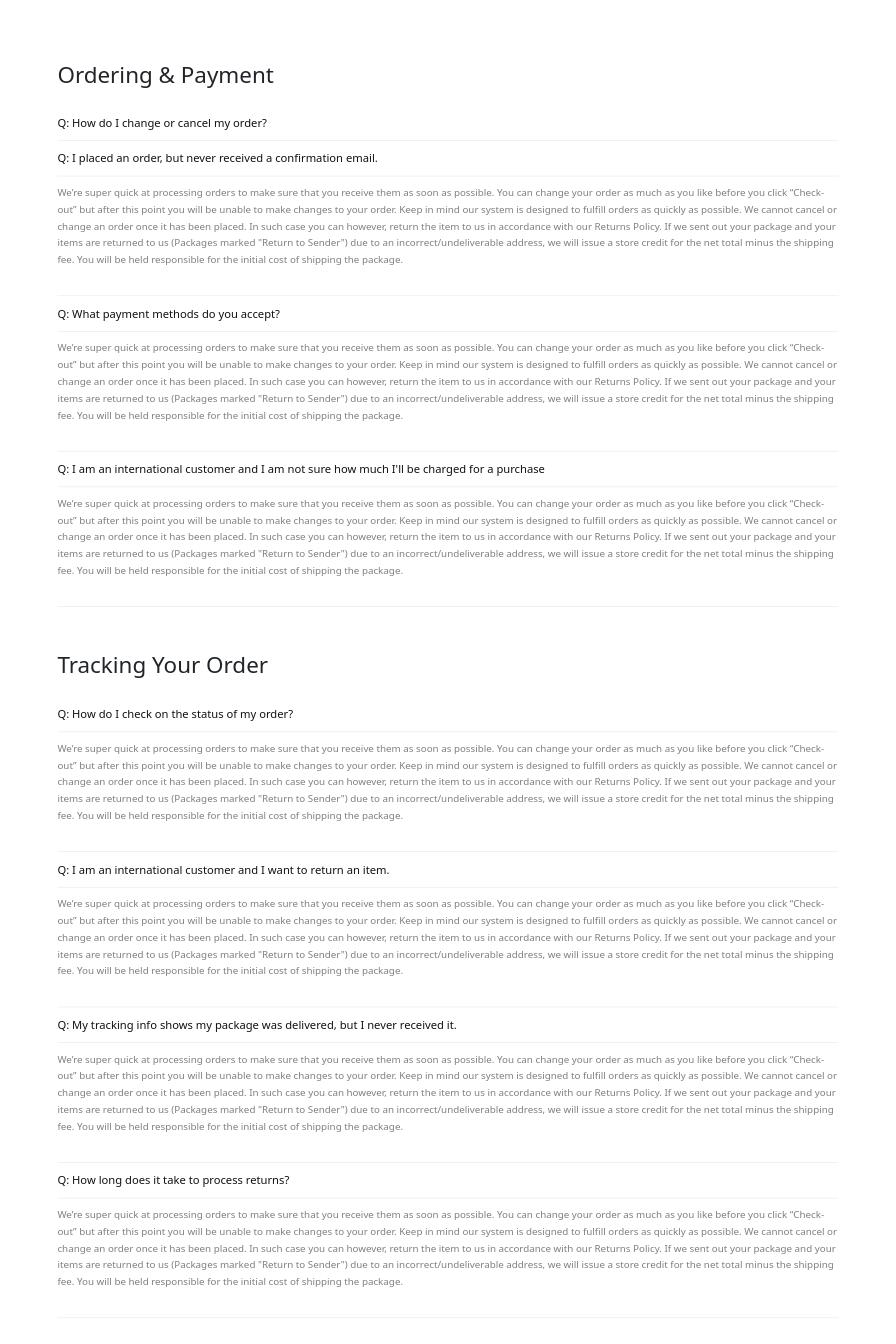
Repository: ST-United-Internship/Modaz-4life
Page: FaQ/FAQ.html
An editor plug-in stored every save of this project. The page is shown before and after a run of saves, followed by the edit.
The browser window is 1280 px wide. The pictures show the part of the page from y = 0 to 1920 px (the page is 2805 px tall before and 2463 px after), at 70% of full size.

Above is the page before, as saved 2023-03-22 16:03:22.

### FaQ/FAQ.html
<!DOCTYPE html>
<html lang="en">
<head>
    <meta charset="UTF-8">
    <meta http-equiv="X-UA-Compatible" content="IE=edge">
    <meta name="viewport" content="width=device-width, initial-scale=1.0">
    <link rel="stylesheet" type="text/css" href="FAQ.css" >
    <link href="https://cdn.jsdelivr.net/npm/bootstrap@5.3.0-alpha1/dist/css/bootstrap.min.css" rel="stylesheet" integrity="sha384-GLhlTQ8iRABdZLl6O3oVMWSktQOp6b7In1Zl3/Jr59b6EGGoI1aFkw7cmDA6j6gD" crossorigin="anonymous">
    <title>Document</title>
</head>
<body class="bodi header_sticky header-style-2 has-menu-extra">
   <!-- <div class="boxed">
    <div class="title-page textImg textImg1" style="background-position: 50% 89px;">
        <div class="container">
            <div class="row">
                <div class="col-md-12">
                    <div class="heading-page">
                    <h1 class="title">FAQ</h1>
                    </div>
                    <div class="breadcrumbs">
                    <ul>
                    <li><a href="index.html">Home</a></li>
                    <li><a href="coming-soon.html">Page</a></li>
                    <li><a href="faqs.html">Faq</a></li>
                    </ul>
                    </div>
                    </div>
            </div>
        </div>
    </div>
   </div>

</div> -->
    <div class="boxed">
        <section class="text-row">
            <div class="container">
                <div class="row">
                    <div class="col-md-12">
                        <div class="over-title">
                            <h2>Ordering & Payment</h2>
                        </div>
                        <div class="over-rise">
                            <div class="over-toggle">
                                <div class="toggle-title">Q: How do I change or cancel my order?</div>
                                <div class="toggle-text">
                                    <p>
                                    We’re super quick at processing orders to make sure that you receive them as soon as possible. You can change your order as much as you like before you click “Check- out” but after this point you will be unable to make changes to your order. Keep in mind our system is designed to fulfill orders as quickly as possible. We cannot cancel or change an order once it has been placed. In such case you can however, return the item to us in accordance with our Returns Policy. If we sent out your package and your items are returned to us (Packages marked "Return to Sender") due to an incorrect/undeliverable address, we will issue a store credit for the net total minus the shipping fee. You will be held responsible for the initial cost of shipping the package.
                                    </p>
                                    </div>
                            </div>
                            <div class="over-toggle">
                                <div class="toggle-title active">Q: I placed an order, but never received a confirmation email.</div>
                                <div class="toggle-text" style="display: block;">
                                    <p>
                                        We’re super quick at processing orders to make sure that you receive them as soon as possible. You can change your order as much as you like before you click “Check- out” but after this point you will be unable to make changes to your order. Keep in mind our system is designed to fulfill orders as quickly as possible. We cannot cancel or change an order once it has been placed. In such case you can however, return the item to us in accordance with our Returns Policy. If we sent out your package and your items are returned to us (Packages marked "Return to Sender") due to an incorrect/undeliverable address, we will issue a store credit for the net total minus the shipping fee. You will be held responsible for the initial cost of shipping the package.
                                    </p>
                                </div>
                            </div>
                            <div class="over-toggle">
                                <div class="toggle-title active">Q: What payment methods do you accept?</div>
                                <div class="toggle-text" style="display: block;">
                                    <p>
                                        We’re super quick at processing orders to make sure that you receive them as soon as possible. You can change your order as much as you like before you click “Check- out” but after this point you will be unable to make changes to your order. Keep in mind our system is designed to fulfill orders as quickly as possible. We cannot cancel or change an order once it has been placed. In such case you can however, return the item to us in accordance with our Returns Policy. If we sent out your package and your items are returned to us (Packages marked "Return to Sender") due to an incorrect/undeliverable address, we will issue a store credit for the net total minus the shipping fee. You will be held responsible for the initial cost of shipping the package.
                                    </p>
                                </div>
                            </div>
                            <div class="over-toggle">
                                <div class="toggle-title active">Q: I am an international customer and I am not sure how much I'll be charged for a purchase</div>
                                <div class="toggle-text" style="display: block;">
                                    <p>
                                        We’re super quick at processing orders to make sure that you receive them as soon as possible. You can change your order as much as you like before you click “Check- out” but after this point you will be unable to make changes to your order. Keep in mind our system is designed to fulfill orders as quickly as possible. We cannot cancel or change an order once it has been placed. In such case you can however, return the item to us in accordance with our Returns Policy. If we sent out your package and your items are returned to us (Packages marked "Return to Sender") due to an incorrect/undeliverable address, we will issue a store credit for the net total minus the shipping fee. You will be held responsible for the initial cost of shipping the package.
                                    </p>
                                </div>
                            </div>
                        </div>
                    </div>
                </div>
                <div class="loaded"></div>
                <div class="row">
                    <div class="col-md-12">
                        <div class="over-title">
                            <h2>Tracking Your Order</h2>
                        </div>
                        <div class="over-rise">
                            <div class="over-toggle">
                                <div class="toggle-title active">Q: How do I check on the status of my order?</div>
                                <div class="toggle-text" style="display: block;">
                                    <p>
                                        We’re super quick at processing orders to make sure that you receive them as soon as possible. You can change your order as much as you like before you click “Check- out” but after this point you will be unable to make changes to your order. Keep in mind our system is designed to fulfill orders as quickly as possible. We cannot cancel or change an order once it has been placed. In such case you can however, return the item to us in accordance with our Returns Policy. If we sent out your package and your items are returned to us (Packages marked "Return to Sender") due to an incorrect/undeliverable address, we will issue a store credit for the net total minus the shipping fee. You will be held responsible for the initial cost of shipping the package.
                                    </p>
                                </div>
                            </div>
                            <div class="over-toggle">
                                <div class="toggle-title active">Q: I am an international customer and I want to return an item.</div>
                                <div class="toggle-text" style="display: block;">
                                    <p>
                                        We’re super quick at processing orders to make sure that you receive them as soon as possible. You can change your order as much as you like before you click “Check- out” but after this point you will be unable to make changes to your order. Keep in mind our system is designed to fulfill orders as quickly as possible. We cannot cancel or change an order once it has been placed. In such case you can however, return the item to us in accordance with our Returns Policy. If we sent out your package and your items are returned to us (Packages marked "Return to Sender") due to an incorrect/undeliverable address, we will issue a store credit for the net total minus the shipping fee. You will be held responsible for the initial cost of shipping the package.
                                    </p>
                                </div>
                            </div>
                            <div class="over-toggle">
                                <div class="toggle-title active">Q: My tracking info shows my package was delivered, but I never received it.</div>
                                <div class="toggle-text" style="display: block;">
                                    <p>
                                        We’re super quick at processing orders to make sure that you receive them as soon as possible. You can change your order as much as you like before you click “Check- out” but after this point you will be unable to make changes to your order. Keep in mind our system is designed to fulfill orders as quickly as possible. We cannot cancel or change an order once it has been placed. In such case you can however, return the item to us in accordance with our Returns Policy. If we sent out your package and your items are returned to us (Packages marked "Return to Sender") due to an incorrect/undeliverable address, we will issue a store credit for the net total minus the shipping fee. You will be held responsible for the initial cost of shipping the package.
                                    </p>
                                </div>
                            </div>
                            <div class="over-toggle">
                                <div class="toggle-title active">Q: How long does it take to process returns?</div>
                                <div class="toggle-text" style="display: block;">
                                    <p>
                                        We’re super quick at processing orders to make sure that you receive them as soon as possible. You can change your order as much as you like before you click “Check- out” but after this point you will be unable to make changes to your order. Keep in mind our system is designed to fulfill orders as quickly as possible. We cannot cancel or change an order once it has been placed. In such case you can however, return the item to us in accordance with our Returns Policy. If we sent out your package and your items are returned to us (Packages marked "Return to Sender") due to an incorrect/undeliverable address, we will issue a store credit for the net total minus the shipping fee. You will be held responsible for the initial cost of shipping the package.
                                    </p>
                                </div>
                            </div>
                        </div>
                    </div>
                </div>
                <div class="loaded"></div>
                <div class="row">
                    <div class="col-md-12">
                        <div class="over-title">
                            <h2>Size Guide</h2>
                        </div>
                        <div class="over-rise">
                            <div class="over-toggle">
                                <div class="toggle-title">Q: I'm an international Fashionista. How do I find out what my size is?</div>
                                <div class="toggle-text" style="display: block;">
                                    <p>
                                        We’re super quick at processing orders to make sure that you receive them as soon as possible. You can change your order as much as you like before you click “Check- out” but after this point you will be unable to make changes to your order. Keep in mind our system is designed to fulfill orders as quickly as possible. We cannot cancel or change an order once it has been placed. In such case you can however, return the item to us in accordance with our Returns Policy. If we sent out your package and your items are returned to us (Packages marked "Return to Sender") due to an incorrect/undeliverable address, we will issue a store credit for the net total minus the shipping fee. You will be held responsible for the initial cost of shipping the package.
                                    </p>
                                </div>
                            </div>
                            <div class="over-toggle">
                                <div class="toggle-title active">Q: What are the inseams of your jeans?</div>
                                <div class="toggle-text" style="display: block;">
                                    <p>
                                        We’re super quick at processing orders to make sure that you receive them as soon as possible. You can change your order as much as you like before you click “Check- out” but after this point you will be unable to make changes to your order. Keep in mind our system is designed to fulfill orders as quickly as possible. We cannot cancel or change an order once it has been placed. In such case you can however, return the item to us in accordance with our Returns Policy. If we sent out your package and your items are returned to us (Packages marked "Return to Sender") due to an incorrect/undeliverable address, we will issue a store credit for the net total minus the shipping fee. You will be held responsible for the initial cost of shipping the package.
                                    </p>
                                </div>
                            </div>
                            <div class="over-toggle">
                                <div class="toggle-title active">Q: What is your turn around time? When can I expect to receive my hand made garment?</div>
                                <div class="toggle-text" style="display: block;">
                                    <p>
                                        We’re super quick at processing orders to make sure that you receive them as soon as possible. You can change your order as much as you like before you click “Check- out” but after this point you will be unable to make changes to your order. Keep in mind our system is designed to fulfill orders as quickly as possible. We cannot cancel or change an order once it has been placed. In such case you can however, return the item to us in accordance with our Returns Policy. If we sent out your package and your items are returned to us (Packages marked "Return to Sender") due to an incorrect/undeliverable address, we will issue a store credit for the net total minus the shipping fee. You will be held responsible for the initial cost of shipping the package.
                                    </p>
                                </div>
                            </div>
                            <div class="over-toggle">
                                <div class="toggle-title active">Q: What if my clothing does not fit?</div>
                                <div class="toggle-text" style="display: block;">
                                    <p>
                                        We’re super quick at processing orders to make sure that you receive them as soon as possible. You can change your order as much as you like before you click “Check- out” but after this point you will be unable to make changes to your order. Keep in mind our system is designed to fulfill orders as quickly as possible. We cannot cancel or change an order once it has been placed. In such case you can however, return the item to us in accordance with our Returns Policy. If we sent out your package and your items are returned to us (Packages marked "Return to Sender") due to an incorrect/undeliverable address, we will issue a store credit for the net total minus the shipping fee. You will be held responsible for the initial cost of shipping the package.
                                    </p>
                                </div>
                            </div>
                        </div>
                    </div>
                </div>
            </div>
        </section>
    </div>
  <script src="https://cdn.jsdelivr.net/npm/@popperjs/core@2.11.6/dist/umd/popper.min.js" integrity="sha384-oBqDVmMz9ATKxIep9tiCxS/Z9fNfEXiDAYTujMAeBAsjFuCZSmKbSSUnQlmh/jp3" crossorigin="anonymous"></script>
<script src="https://cdn.jsdelivr.net/npm/bootstrap@5.3.0-alpha1/dist/js/bootstrap.min.js" integrity="sha384-mQ93GR66B00ZXjt0YO5KlohRA5SY2XofN4zfuZxLkoj1gXtW8ANNCe9d5Y3eG5eD" crossorigin="anonymous"></script>

<!--javaScript-->
<script
  src="https://code.jquery.com/jquery-1.12.4.js"
  integrity="sha256-Qw82+bXyGq6MydymqBxNPYTaUXXq7c8v3CwiYwLLNXU="
  crossorigin="anonymous"></script>
<!-- <script src="javascript/main.js"></script> -->
<script>
    (function($) {
    var flatAccordion = function() {
      var speed= {duration: 500};
      $('.toggle-text').hide();
      $('.over-rise .toggle-title.active').siblings('.toggle-text').show();

      $('.over-rise .toggle-title').on('click', function(){
        if(!$(this).is('.active')) {
          $(this).closest('.over-rise').find('.toggle-title.active').toggleClass('active').next().slideToggle(speed);
          $(this).toggleClass('active');
          $(this).next().slideToggle(speed);
        }else {
          $(this).toggleClass('active');
          $(this).next().slideToggle(speed);
        }
      });
    };
	$(function() {
      flatAccordion();
   	});
})(jQuery);
</script>



</body>

</html>

### FaQ/FAQ.css
/* *{
    margin: 0;
    padding: 0;
    box-sizing: border-box;

}

.title-page{
    position: relative;
    padding: 76px 0 77px;
    text-align: center;
}
.textImg{
    width: 100%;
    background-attachment: fixed;
}
.textImg1{
    background-image: url("http://themesflat.com/html/modaz/images/parallax/bg-parallax1.jpg");
}

.heading-page{
    font-family: inherit;
    font-size: 100%;
    font-weight: inherit;
    font-style: inherit;
    vertical-align: baseline;
    margin: 0;
    padding: 0;
    border: 0;
    outline: 0;
    background: 0 0;
    box-sizing: border-box;
}

.title-page .heading-page .title{
    margin-bottom: 23px;
}

h1{
    font-size: 48px;
    line-height: 48px;
    font-weight: 500;
    color: #333
}

.title-page .breadcrumbs ul{
    padding: 0;
    list-style: none;
}

.title-page .breadcrumbs ul li{
    display: inline-block;
    position: relative;
    margin: 0 9px 0 7px;

}

.title-page .breadcrumbs ul li:before{
    content: ">";
    position: absolute;
    top: 0;
    right: -12px;
}

.breadcrumbs ul li:last-child:before {
    content: "";
    background-color: transparent;
}

.title-page .breadcrumbs ul li a{
    color: #6e6e6e;
    font-weight: 400;
    text-decoration: none;
    transition: all .3s ease-in-out;
}

 */
 /* *{
    margin: 0;
    padding: 0;
    box-sizing: border-box;
 } */

 body{
    font: 14px/26px "Poppins",sans-serif;
    font-weight: 300;
    background-color: #fff;
    color: #6e6e6e;
 }
.boxed{
    overflow: hidden;
    position: relative;
}
.text-row{
    clear: both;
    display: block;
    position: relative;
    padding: 87px 0 63px 0;
    overflow: hidden;
}

.container{
    position: relative;
    margin-left: auto;
    margin-right: auto;
}

.loaded{
    clear: both;
    display: block;
    height: 49px;
}

.over-title{
    margin-bottom: 40px;
}

h2{
    font-size: 24px;
    line-height: 30px;
    color: #252525;
}

.over-rise .over-toggle{
    margin-bottom: 15px;
}

.over-rise .over-toggle .toggle-title{
    font-size: 16px;
    line-height: 20px;
    font-weight: 400;
    color: #111;
    border-bottom: 1px solid #ebebeb;
    padding-bottom: 15px;
    margin-bottom: 11px;
    cursor: pointer;
}

.over-rise .over-toggle .toggle-text{
    border-bottom: 1px solid #ebebeb;
    padding-bottom: 14px;
}

.over-rise .over-toggle .toggle-text p{
    line-height: 24px;
    margin-bottom: 25px;
    font-size: 14px;
    filter: contrast(1%);
}

After the next 2 saves:
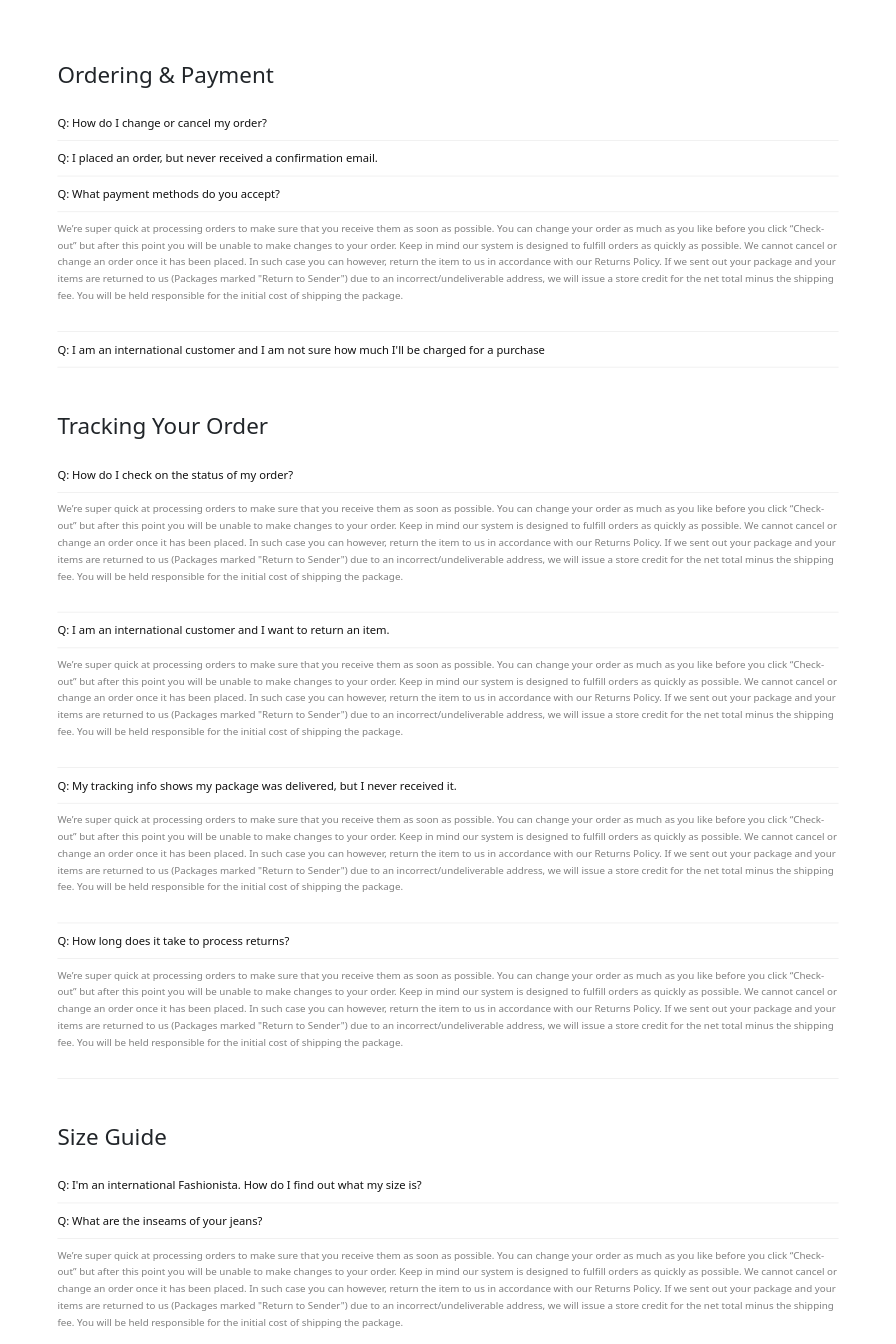
The 2 saves are shown as one change because they came seconds apart.
The last was saved 55 s later.
--- a/FaQ/FAQ.html
+++ b/FaQ/FAQ.html
@@ -49,7 +49,7 @@
                                     </div>
                             </div>
                             <div class="over-toggle">
-                                <div class="toggle-title active">Q: I placed an order, but never received a confirmation email.</div>
+                                <div class="toggle-title ">Q: I placed an order, but never received a confirmation email.</div>
                                 <div class="toggle-text" style="display: block;">
                                     <p>
                                         We’re super quick at processing orders to make sure that you receive them as soon as possible. You can change your order as much as you like before you click “Check- out” but after this point you will be unable to make changes to your order. Keep in mind our system is designed to fulfill orders as quickly as possible. We cannot cancel or change an order once it has been placed. In such case you can however, return the item to us in accordance with our Returns Policy. If we sent out your package and your items are returned to us (Packages marked "Return to Sender") due to an incorrect/undeliverable address, we will issue a store credit for the net total minus the shipping fee. You will be held responsible for the initial cost of shipping the package.
@@ -65,7 +65,7 @@
                                 </div>
                             </div>
                             <div class="over-toggle">
-                                <div class="toggle-title active">Q: I am an international customer and I am not sure how much I'll be charged for a purchase</div>
+                                <div class="toggle-title ">Q: I am an international customer and I am not sure how much I'll be charged for a purchase</div>
                                 <div class="toggle-text" style="display: block;">
                                     <p>
                                         We’re super quick at processing orders to make sure that you receive them as soon as possible. You can change your order as much as you like before you click “Check- out” but after this point you will be unable to make changes to your order. Keep in mind our system is designed to fulfill orders as quickly as possible. We cannot cancel or change an order once it has been placed. In such case you can however, return the item to us in accordance with our Returns Policy. If we sent out your package and your items are returned to us (Packages marked "Return to Sender") due to an incorrect/undeliverable address, we will issue a store credit for the net total minus the shipping fee. You will be held responsible for the initial cost of shipping the package.
